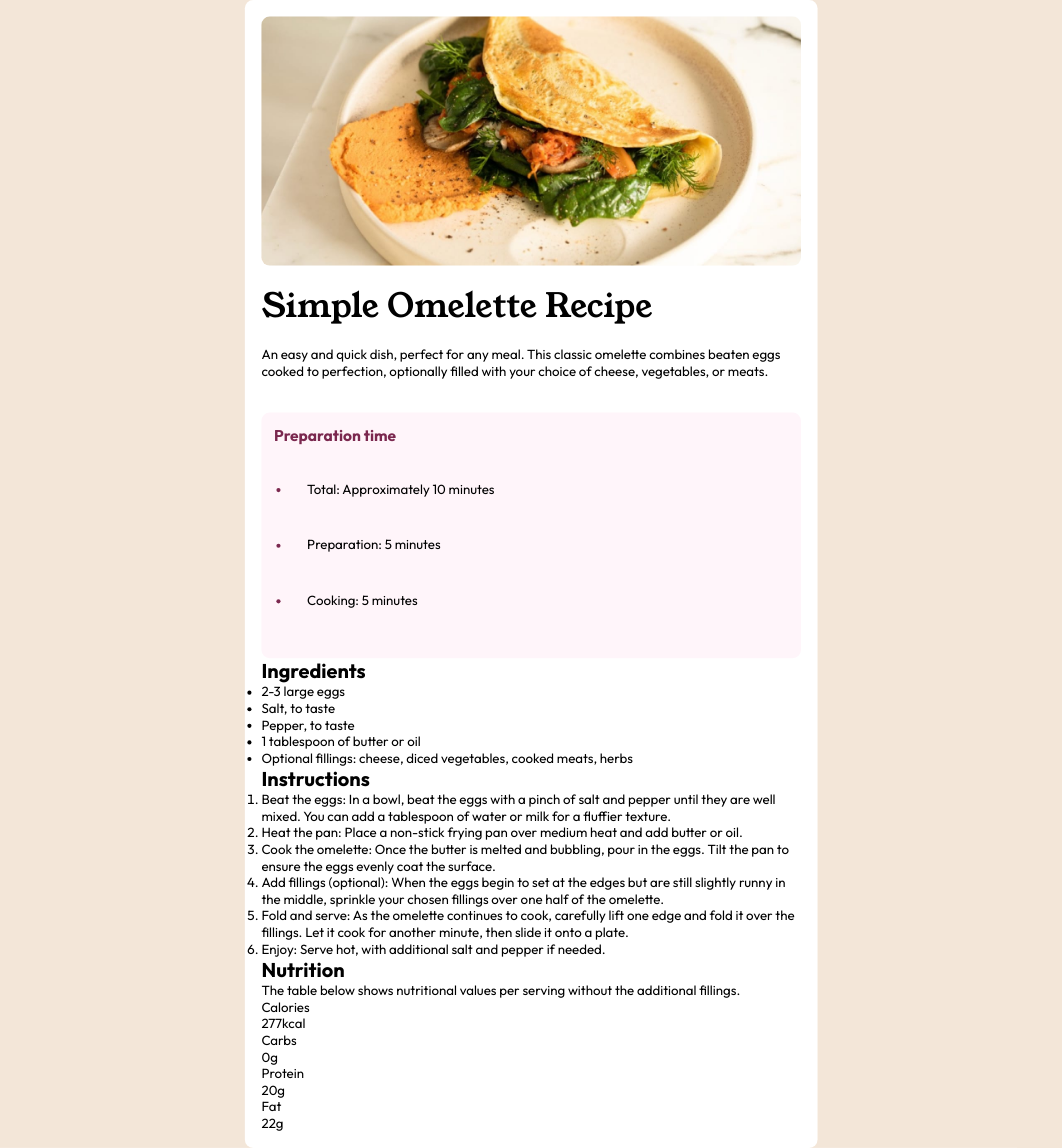
Repository: reemoon-ctrl/mine-recipe-page-main
Page: index1.html
The author's editor kept a copy of each file at every save. The page is drawn from the files as they stood at one save, then again after the next save.
The browser window is 1280 px wide. The pictures show the whole page, at 83% of full size.

Above is the page before, as saved 2024-08-11 15:37:36.

### index1.html
<!DOCTYPE html>
<html lang="en">
<head>
    <meta charset="UTF-8">

    <style>
        @import url('https://fonts.googleapis.com/css2?family=Open+Sans:ital,wght@0,300..800;1,300..800&family=Outfit:wght@100..900&family=Poppins:ital,wght@0,100;0,200;0,300;0,400;0,500;0,600;0,700;0,800;0,900;1,100;1,200;1,300;1,400;1,500;1,600;1,700;1,800;1,900&family=Young+Serif&display=swap');
        @import url('https://fonts.googleapis.com/css2?family=Open+Sans:ital,wght@0,300..800;1,300..800&family=Poppins:ital,wght@0,100;0,200;0,300;0,400;0,500;0,600;0,700;0,800;0,900;1,100;1,200;1,300;1,400;1,500;1,600;1,700;1,800;1,900&family=Young+Serif&display=swap');
    </style>
        <meta name="viewport" content="width=device-width, initial-scale=1.0">
    <link rel="stylesheet" href="/style.css">
    <title>ommelette</title>
</head>
<body>
    <div class="page-center">
        <div class="container">
            <header>
            <div class="rec-img"></div>
            <h1>Simple Omelette Recipe</h1>

            <p>An easy and quick dish, perfect for any meal.
            This classic omelette combines beaten eggs cooked
            to perfection, optionally filled with your choice
            of cheese,
            vegetables, or meats.</p>
            </header>

            <div class="prep-time">
                <h3>Preparation time</h3>


                <ul>
                <li>Total: Approximately 10 minutes</li>
                <li>Preparation: 5 minutes</li>
                <li>Cooking: 5 minutes</li>
                </ul>
            </div>

            <h2>Ingredients</h2>
            <ul>
            <li>2-3 large eggs</li>
            <li>Salt, to taste</li>
            <li>Pepper, to taste</li>
            <li>1 tablespoon of butter or oil</li>
            <li>Optional fillings: cheese, diced vegetables, cooked meats, herbs</li>
            </ul>






            <h2>Instructions</h2>
            <ol>
            <li>Beat the eggs: In a bowl, beat the eggs with a pinch of salt and pepper until they are well mixed.
                You can add a tablespoon of water or milk for a fluffier texture.</li>
            <li>Heat the pan: Place a non-stick frying pan over medium heat and add butter or oil.</li>
            <li>Cook the omelette: Once the butter is melted and bubbling, pour in the eggs. Tilt the pan to ensure
                the eggs evenly coat the surface.</li>
            <li>Add fillings (optional): When the eggs begin to set at the edges but are still slightly runny in the
                middle, sprinkle your chosen fillings over one half of the omelette.</li>
            <li>Fold and serve: As the omelette continues to cook, carefully lift one edge and fold it over the
                fillings. Let it cook for another minute, then slide it onto a plate.</li>
            <li>Enjoy: Serve hot, with additional salt and pepper if needed.</li>
            </ol>

            <h2>Nutrition</h2>

            <p>The table below shows nutritional values per serving without the additional fillings.</p>

            <div>Calories</div>
            <div>277kcal</div>

            <div>Carbs</div>
            <div>0g</div>

            <div>Protein</div>
            <div>20g</div>

            <div>Fat</div>
            <div>22g</div>
         </div>
    </div>
</body>
</html>

### style.css
*{
    padding: 0;
    margin: 0;
    box-sizing: border-box;
}
body{
    background: hsl(30, 54%, 90%);
    font-family: "Outfit", sans-serif;
    font-optical-sizing: auto;
    font-weight: 400;
    font-style: normal;

}
.rec-img{


    border-radius:10px ;
    height: 300px;
    background: url('/image-omelette.jpeg')no-repeat center center/cover;
}
.container{
    background: #fff;
    border-radius: 10px;
    margin:auto;
    /* margin: auto; */
    max-width:690px;
    padding: 20px;

}
.page-center{
    height: 100vh;
    display: grid;
    grid-template-columns: 960px;
    align-items: center;
    justify-content:space-around;
}
.prep-time{
    background: hsl(330, 100%, 98%);
    padding: 15px;
    border-radius: 10px;
}
.prep-time li{
    padding: 20px;
}
.prep-time ul{
    padding: 20px;
}
.prep-time ul li{
    line-height: 1.7;
}
.prep-time ul li::marker {
    color: hsl(332, 51%, 32%);
  }

.prep-time h3{
    color: hsl(332, 51%, 32%);
    /*  */

}
h1{
    padding: 20px 0;
    font-size: 40px;
    font-family: "Young Serif", serif;
    font-weight: 400;
    font-style: normal;
}
header p{
    padding-bottom:40px ;
    font-size: 16px;
}

After the next save:
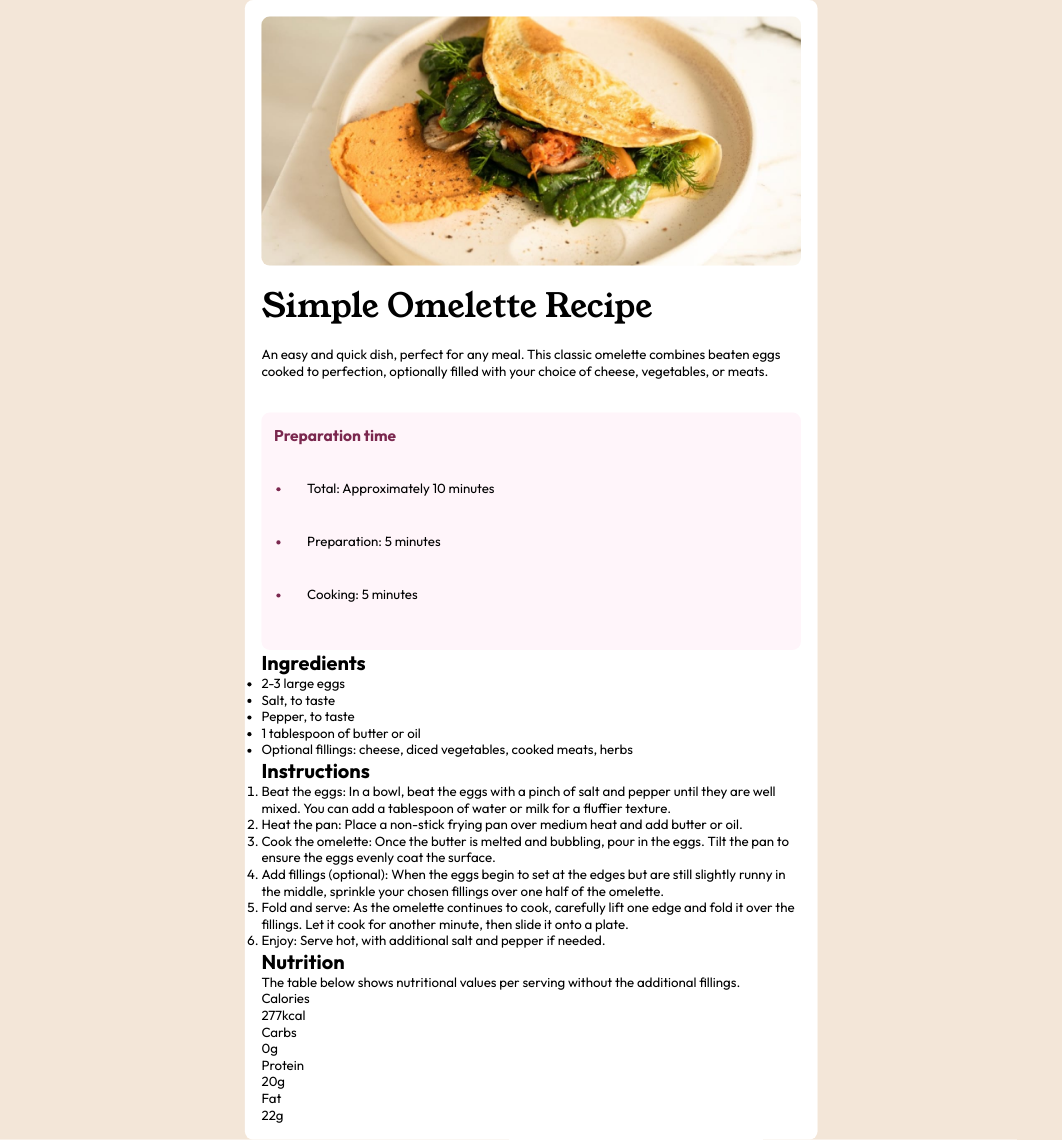
Saved 78 s later.
--- a/style.css
+++ b/style.css
@@ -46,7 +46,7 @@ body{
     padding: 20px;
 }
 .prep-time ul li{
-    line-height: 1.7;
+    line-height: 1.5;
 }
 .prep-time ul li::marker {
     color: hsl(332, 51%, 32%);
